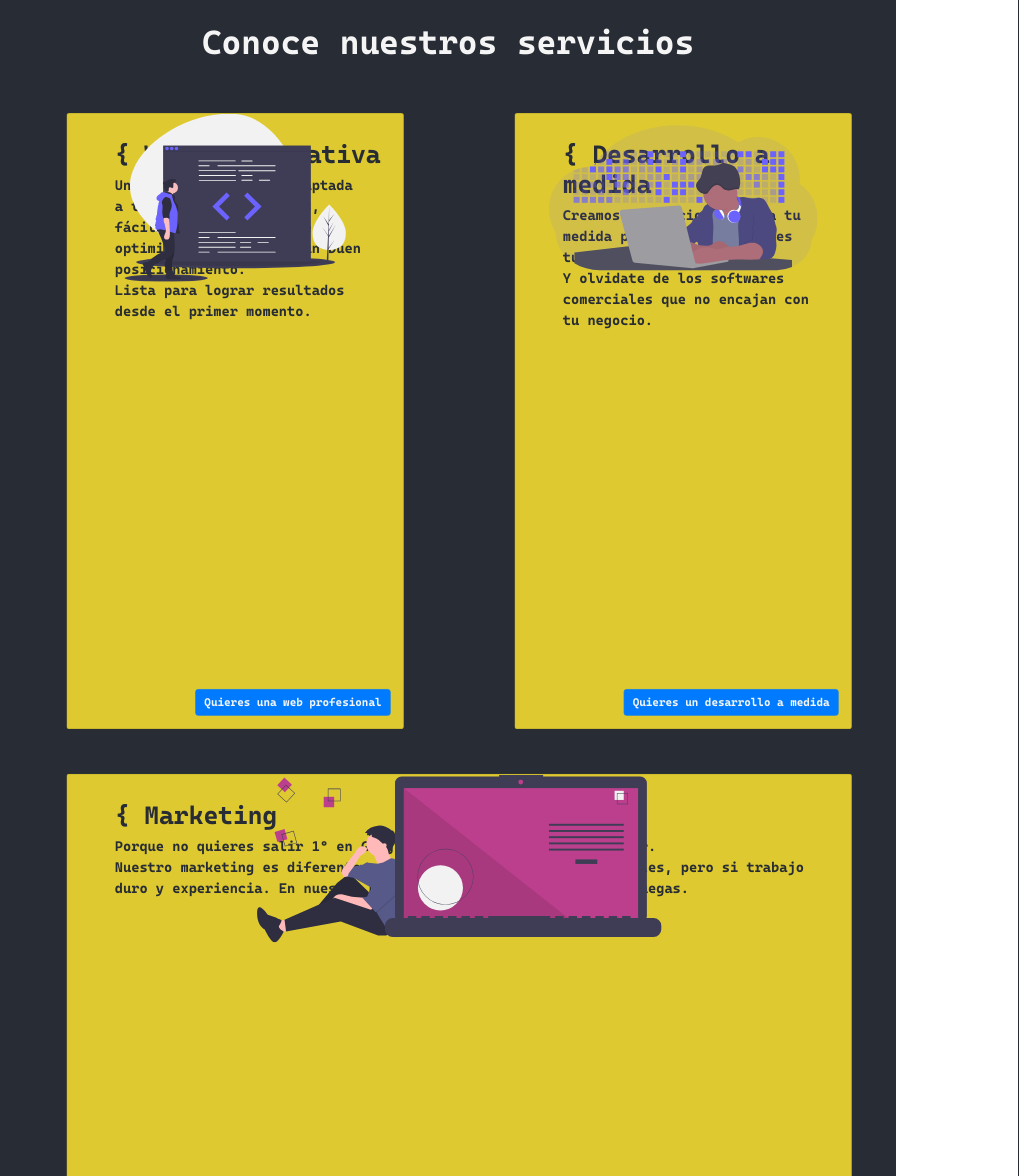
Repository: banchiec/thinkcode
Page: /
These files come from the project's save history. The page is drawn as it stood at one moment and after the next save; the edit follows.
The browser window is 1280 px wide. The page is 1455 px wide, so the pictures cover 1455 px, including what lies to the right of the window. The pictures show the part of the page from y = 799 to 2479 px (the page is 3534 px tall), at 70% of full size.
Some web libraries are served in a nearby version. The project was rebuilt for these pictures with package versions that can differ from the ones it lists, and the page was loaded fresh each time. A package was used in the major version that the imports need, not the one package.json lists. Also part of the build but not shown: src/components/MenuItems.js, src/components/Dropdownthink.css, src/components/Dropdownthink.js, src/components/pages/Consulting.js, src/components/pages/ContactUs.js, src/components/pages/Marketing.js, src/components/pages/Products.js, src/components/pages/Services.js and 1 more.

Above is the page before, as saved 2020-11-27 01:07:45.

### public/index.html
<!DOCTYPE html>
<html lang="en">
  <head>
    <meta charset="utf-8" />
    <link rel="icon" href="%PUBLIC_URL%/favicon.ico" />
    <meta name="viewport" content="width=device-width, initial-scale=1" />
    <meta name="theme-color" content="#000000" />
    <meta
      name="description"
      content="Web site created using create-react-app"
    />
    <link rel="apple-touch-icon" href="%PUBLIC_URL%/logo192.png" />
    <script src="https://kit.fontawesome.com/e7a02c1b14.js" crossorigin="anonymous"></script>
    <!--
      manifest.json provides metadata used when your web app is installed on a
      user's mobile device or desktop. See https://developers.google.com/web/fundamentals/web-app-manifest/
    -->
    <link rel="manifest" href="%PUBLIC_URL%/manifest.json" />
    <!--
      Notice the use of %PUBLIC_URL% in the tags above.
      It will be replaced with the URL of the `public` folder during the build.
      Only files inside the `public` folder can be referenced from the HTML.

      Unlike "/favicon.ico" or "favicon.ico", "%PUBLIC_URL%/favicon.ico" will
      work correctly both with client-side routing and a non-root public URL.
      Learn how to configure a non-root public URL by running `npm run build`.
    -->
    <title>React App</title>
  </head>
  <body>
    <noscript>You need to enable JavaScript to run this app.</noscript>
    <div id="root"></div>
    <!--
      This HTML file is a template.
      If you open it directly in the browser, you will see an empty page.

      You can add webfonts, meta tags, or analytics to this file.
      The build step will place the bundled scripts into the <body> tag.

      To begin the development, run `npm start` or `yarn start`.
      To create a production bundle, use `npm run build` or `yarn build`.
    -->


  </body>
</html>

### src/index.css
body {
  margin: 0;
  font-family: -apple-system, BlinkMacSystemFont, 'Segoe UI', 'Roboto', 'Oxygen',
    'Ubuntu', 'Cantarell', 'Fira Sans', 'Droid Sans', 'Helvetica Neue',
    sans-serif;
  -webkit-font-smoothing: antialiased;
  -moz-osx-font-smoothing: grayscale;
}

code {
  font-family: source-code-pro, Menlo, Monaco, Consolas, 'Courier New',
    monospace;
}
@font-face{
  font-family: 'CascadiaCode-Bold';
  src: local('CascadiaCode-Bold'), url(./fonts/CascadiaCode-Bold.ttf)
}

### src/App.js
import './App.css';
// import logo_thinkcode from './logo_thinkcode.png'
import React, {} from 'react'
import Navbarthink from './components/Navbarthink'
import {BrowserRouter as Router, Switch, Route} from 'react-router-dom'

// import Button  from 'react-bootstrap/Button'
// import 'bootstrap/dist/css/bootstrap.min.css'

// import {Navbar,Button, Nav , NavLink} from 'react-bootstrap'

import Consulting from './components/pages/Consulting'
import ContactUs from './components/pages/ContactUs'
import Home from './components/pages/Home'
import Marketing from './components/pages/Marketing'
import Products from './components/pages/Products'
import Services from './components/pages/Services'
import SignUp from './components/pages/SignUp'

function App() {

  // const [click, setClick] = useState(false)
  // const [dropdown, setDropdown] = useState(false)




  return (
    <div className="App">
      <Router>
        <Navbarthink/>
        <Switch>
          <Route path='/consulting' exact component ={Consulting}></Route>
          <Route path='/contact-us' exact component ={ContactUs}></Route>
          <Route path='/' exact component ={Home}></Route>
          <Route path='/marketing' exact component ={Marketing}></Route>
          <Route path='/products' exact component ={Products}></Route>
          <Route path='/services' exact component ={Services}></Route>
          <Route path='/sign-up' exact component ={SignUp}></Route>
        </Switch>
      </Router>

      {/* <Navbar className="navbar_thinkcode "  expand="lg">
        <Navbar.Brand href ="#home">
          <img
            alt=""
            src={logo_thinkcode}
            className="d-inline-block align-top ml-4"
            width="320"
            height="50"
          />
        </Navbar.Brand>
        <Navbar.Toggle aria-controls="responsive-navbar-nav" ></Navbar.Toggle>

        <Navbar.Collapse id="responsive-navbar-nav" className="ml-5 ">
          <Nav className="collapse navbar-collapse">
            <NavLink className="enlace_navbar ">Páginas web</NavLink>
            <NavLink className="enlace_navbar">Desarrollo a medida</NavLink>
            <NavLink className="enlace_navbar">Portafolio</NavLink>
            <NavLink className="enlace_navbar">Contacto</NavLink>
          </Nav>
        </Navbar.Collapse>
        <Button variant="success">¿Hablamos?</Button>
      </Navbar> */}

      {/* <header className="App-header">
        <h1>thinkcode</h1>
        <Button>send up</Button>
      </header> */}
    </div>
  );
}

export default App;

### src/App.css
*{
  box-sizing: border-box;
  margin: 0;
  padding: 0;
  font-family: CascadiaCode-Bold;
  /* background: #282c34 ; */
  /* background: linear-gradient(90deg, rgb(76, 80, 88) 100%, rgb(8, 8, 9) 0%); */
}

.App {
  text-align: center;
  background: #282c34 ;
}

.App-logo {
  height: 40vmin;
  pointer-events: none;
}

.home, .services, .products,.contact-us,.sign-up, .marketing, .consulting{
  display: flex;
  height: 90vh;
  align-items: center;
  justify-content: center;
  font-size: 3rem;
}





@media (prefers-reduced-motion: no-preference) {
  .App-logo {
    animation: App-logo-spin infinite 20s linear;
  }
}

.App-header {
  background-color: #282c34;
  min-height: 100vh;
  display: flex;
  flex-direction: column;
  align-items: center;
  justify-content: center;
  font-size: calc(10px + 2vmin);
  color: white;
}

.App-link {
  color: #61dafb;
}

@keyframes App-logo-spin {
  from {
    transform: rotate(0deg);
  }
  to {
    transform: rotate(360deg);
  }
}

### src/components/Navbarthink.js
import React, { useState} from 'react'
import logo_thinkcode from '../images/logo_thinkcode.png'
// import logo_thinkcode from '../images/logo_thinkcode.png'
import { Buttonthink} from './Buttonthink'
import {Link} from 'react-router-dom'
import './Navbarthink.css'
import Dropdownthink from './Dropdownthink'

export default function Navbarthink(){
    const [click, setClick] = useState(false)
    const [dropdown, setDropdown] = useState(false)

    const handleClick = () => setClick(!click)
    const closeMobileMenu = () => setClick(false)

    const onMouseEnter = () =>{
        if(window.innerWidth < 960) {
        setDropdown(false)
        } else {
        setDropdown(true)
        }
    }
    const onMouseLeave = () =>{
        if(window.innerWidth < 960) {
        setDropdown(false)
        } else {
        setDropdown(false)
        }
    }

    return(
        <>
            <nav className="navbarthink">
                <Link to='/' className="navbar-logo">
                    {/* thinkcode */}
                    <img alt="" src={logo_thinkcode} width="300" height="40"></img>
                </Link>
                <div className='menu-icon' onClick={handleClick}>
                    <i className={click ? 'fas fa-times' : 'fas fa-bars'}
                    />
                </div>
                <ul className={ click ? 'nav-menu active' : 'nav-menu'}>

                    <li className='nav-item'>
                        <Link to='/' className='nav-links' onClick={closeMobileMenu}>
                            Home
                        </Link>
                    </li>
                    <li className='nav-item'
                        onMouseEnter={onMouseEnter}
                        onMouseLeave={onMouseLeave}
                        // onClick={handleClick}
                        >
                        <Link to='/services' className='nav-links' onClick={closeMobileMenu}>
                           Services
                           <i className='fas fa-caret-down' />
                        </Link>
                        {dropdown && <Dropdownthink/>}
                    </li>
                    <li className='nav-item'>
                        <Link to='/products' className='nav-links' onClick={closeMobileMenu}>
                            Products
                        </Link>
                    </li>
                    <li className='nav-item'>
                        <Link to='/contact-us' className='nav-links' onClick={closeMobileMenu}>
                           Contact Us
                        </Link>
                    </li>
                    <li className='nav-item'>
                        <Link to='/sign-up' className='nav-links-mobile' onClick={closeMobileMenu}>
                           Sign up
                        </Link>
                    </li>

                </ul>
                <Buttonthink />
            </nav>
        </>
    )

}

### src/components/pages/Home.js
import React from 'react'
import InfoSection from '../infoSection/InfoSection'
import Pricing from '../pricing/Pricing'

export default function Home() {
    return (
        <div>
            <InfoSection></InfoSection>
            <Pricing></Pricing>
            <InfoSection></InfoSection>
           {/* <h1 className='consulting' >Thinkcode</h1> */}
        </div>
    )
}

### src/components/Buttonthink.js
import React  from 'react'
import './Buttonthink.css'
import {Link} from 'react-router-dom'

export function Buttonthink() {
        return (
            <Link to ='sing-up'>
               <button className='btnthink'>Sign think </button>
            </Link>
        )
}

### src/components/Navbarthink.css
.navbarthink{
  /* background: linear-gradient(9deg, rgb(66, 80, 88) 0%, rgb(8, 8, 9) 100%); */
  background: #282c34;

  height: 80px;
  display: flex;
  justify-content: center;
  align-items: center;
  font-size: 1.2rem;
}

.navbar-logo {
  color: #fff;
  justify-self: start;
  margin-left: 40px;
  cursor: pointer;
  text-decoration: none;
}

.fa-firstdraft {
  margin-left: 0.5rem;
  font-size: 1.6rem;
}

.nav-menu {
  display: grid;
  grid-template-columns: repeat(5, auto);
  grid-gap: 10px;
  list-style: none;
  text-align: center;
  width: 70vw;
  justify-content: end;
  margin-right: 2rem;
}

.nav-item {
  display: flex;
  align-items: center;
  height: 80px;
}

.nav-links {
  color: white;
  text-decoration: none;
  padding: 0.5rem 1rem;
}

.nav-links:hover {
  background-color: #1888ff;
  border-radius: 4px;
  transition: all 0.2s ease-out;
}

.fa-bars {
  color: #fff;
}

.nav-links-mobile {
  display: none;
}

.menu-icon {
  display: none;
}

@media screen and (max-width: 960px) {
  /* .text-propuesta {
    margin-top: 12rem;
  }
 */
  .fa-caret-down {
    display: none;
  }
  .NavbarItems {
    position: relative;
  }

  .nav-menu {
    display: flex;
    flex-direction: column;
    width: 100%;
    height: 90vh;
    position: absolute;
    top: 80px;
    left: -100%;
    opacity: 1;
    transition: all 0.9s ease;
  }

  .nav-menu.active {
    background: #2a2c30;
    left: 0;
    opacity: 1;
    transition: all 0.5s ease;
    z-index: 1;
  }

  .nav-links {
    text-align: center;
    padding: 2rem;
    width: 100%;
    display: table;
  }

  .nav-links:hover {
    background-color: #1888ff;
    border-radius: 0;
  }

  .navbar-logo {
    position: absolute;
    top: 0;
    left: 0;
    transform: translate(25%, 50%);
  }

  .menu-icon {
    display: block;
    position: absolute;
    top: 0;
    right: 0;
    transform: translate(-100%, 60%);
    font-size: 1.8rem;
    cursor: pointer;
  }

  .fa-times {
    color: #fff;
    font-size: 2rem;
  }

  .nav-links-mobile {
    display: block;
    text-align: center;
    padding: 1.5rem;
    margin: 2rem auto;
    border-radius: 4px;
    width: 80%;
    background: #1888ff;
    text-decoration: none;
    color: #fff;
    font-size: 1.5rem;
  }

  .nav-links-mobile:hover {
    background: #fff;
    color: #1888ff;
    transition: 250ms;
  }

  button {
    display: none;
  }
}

### src/components/infoSection/InfoSection.js
import React from 'react'
import imagensvg3 from '../../images/imagensvg3.svg'
import 'bootstrap/dist/css/bootstrap.min.css'
import './infoSection.css'
import {Col, Container,Row,} from 'react-bootstrap'

export default function InfoSection() {
    return (
            <Container fluid  className="content-infoSection">
                <Row>
                    <Col  md={6} lg={6} >
                        <div className="content-text-infoSection">
                            <h2 >thinkcode.<span className="text-title-infoSection">developers</span></h2>
                            <p className="text-infoSection">Diseño y desarrollo de aplicaciones y páginas web para tu negocio o proyecto.
                            Disfrutamos mucho con lo que hacemos, compruébalo.</p>
                        </div>
                    </Col>
                    <Col  md={6} lg={6}  >
                        <img  className="imagensvg-infoSection" alt="" src={imagensvg3}></img>
                    </Col>

                    </Row>

            </Container >
    )
}

### src/components/pricing/Pricing.js

import React from 'react'
import './Pricing.css'
import imagensvg1 from '../../images/imagensvg1.svg'
import imagensvg4 from '../../images/imagensvg4.svg'
import imagen_code_thinking from '../../images/image_code_thinking.svg'
import 'bootstrap/dist/css/bootstrap.min.css'
import {Card, Container, Button, Row, Col} from 'react-bootstrap'

export default function Pricing() {
    return (
        <Container fluid className ="container-pricing">
            <h1 className="text-propuesta">Conoce nuestros servicios</h1>
            <Row>
                <Col  className="container-card">

                    <Card  className="card-pricing" >
                        <Card.Img className="image-pricing" variant ="top" src={imagensvg1}></Card.Img>
                        <Card.Body>
                            <h2 className="title-card">&#123;  Web coorporativa</h2>
                            <p className="text-card">
                                Una web profesional, adaptada a todos los dispositivos, fácilmente administrable y optimizada para lograr un buen posicionamiento.
                                <br/>Lista para lograr resultados desde el primer momento.
                            </p>
                            <Button  className="card-button" variant="primary">Quieres una web profesional</Button>
                        </Card.Body>
                    </Card>
                </Col>
                <Col  className="container-card">

                    <Card className="card-pricing">
                        <Card.Img className="image-pricing"variant ="top" src={imagensvg4}></Card.Img>
                    <Card.Body>
                        <h2 className="title-card">&#123;  Desarrollo a medida</h2>
                        <p className="text-card">
                            Creamos aplicaciones web a tu medida para que multipliques tu productividad.<br/>
                            Y olvidate de los softwares comerciales que no encajan con tu negocio.
                        </p>
                        <Button className="card-button" variant="primary">Quieres un desarrollo a medida</Button>
                    </Card.Body>
                    </Card>
                </Col>
                <Col className="container-card">
                    <Card  className="card-pricing" >
                        <Card.Img className="image-pricing" variant ="top" src={imagen_code_thinking}></Card.Img>
                    <Card.Body>
                        <h2 className="title-card">&#123; Marketing</h2>
                        <p className="text-card">
                            Porque no quieres salir 1º en Google, tu lo que quieres es vender. <br/>

                            Nuestro marketing es diferente, no prometemos resultados imposibles, pero si
                            trabajo duro y experiencia. En nuestro método de marketing, tú tambien juegas.                        </p>
                        <Button  className="card-button" variant="primary">Quieres que te asesoremos</Button>
                    </Card.Body>
                    </Card>
                </Col>
            </Row>

        </Container>
    )
}

### src/components/Buttonthink.css
:root{
    --primary: #1888ff;
}
.btnthink{
    padding: 8px 20px;
    border-radius: 4px;
    outline: none;
    border: none;
    font-size: 18px;
    color: #fff;
    cursor: pointer;
    background-color: var(--primary);
}
.btnthink:hover {
    padding: 6px 18px;
    transition: all 1.5s ease-out;
    background-color: transparent;
    color: #2a2a2a;
    border-radius: 4px;
    border: 2px solid var(--primary)
}

### src/components/infoSection/infoSection.css
.imagensvg-infoSection {
    padding: 0;
    /* border-right: 5px; */
    width: 800px;

}
.content-infoSection {
    /* padding: 0; */
    margin-top: 150px;
    background: #282c34 ;
    height: 600px;
    /* border: 1px solid rebeccapurple; */
}
.content-text-infoSection {
    margin-left: 12rem;
    margin-top: 8rem;
    text-align: start;
    /* border: 0; */
    /* padding: 0; */
    /* border: 1px solid whitesmoke; */
    color: whitesmoke;
}
.text-title-infoSection{
    font-size: 3rem;
    /* size: 12px; */
}
.text-infoSection {
    font-size: 22px;
}
@media screen and (max-width: 960px) {
    .content-infoSection {
        margin-top: 0px;
    }
    .text-infoSection{
        margin-top: 3rem;
        margin-left: 1rem;
        margin-right: 1rem;
    }
    .imagensvg-infoSection{
        margin-top: 5rem;
        width: 500px;
    }
    .content-text-infoSection {
        margin-left: 1rem;
    }
    .text-propuesta {
        margin-top: 15rem;
    }

}

### src/components/pricing/Pricing.css
.container-pricing {
    /* background-color: whitesmoke; */
    /* border: 1px solid white; */
    /* height:  800px; */
    background: linear-gradient(90deg, rgb(76, 80, 88) 100%, rgb(66, 66 66) 0%);
    /* z-index: -1; */
}
.container-card{
    padding-top: 4rem;
    align-content: center;
    padding: auto;
    text-align: start;
    /* height: 600px; */
    /* background-color: violet; */
    /* color: transparent; */
}
.card-pricing {
    /* width: 34rem; */
    margin-left: 5rem;
    background: #deca30;
    /* background: #3b4454; */
    /* background: linear-gradient(90deg, rgb(224, 242, 241) 0%, rgb(255, 255, 255) 100%); */
    margin-right: 3rem;
    height: 55rem;
}
.card-button {
    /* margin-top: 3rem; */
    /* margin-left: 13rem; */
    position: absolute;
    right: 18px;
    bottom: 18px;
    color: whitesmoke;
}
.text-card {
    /* padding-top: 1.5rem; */
    padding-left: 3rem;
    padding-right: 2.5rem;
    color: #282c34;
    font-size: 20px;
}
.image-pricing {
    height: 15rem;
    width: 80%;
    align-self: center;
    position: absolute;
}
.title-card {
    padding-top: 1rem;
    padding-left: 3rem;
    color: #282c34;
    font-size: 36px;
}
.text-propuesta {
    color: whitesmoke;
    font-size: 3rem;
}

Loaded but not shown: src/index.js (common file); src/reportWebVitals.js (common file)

After the next save:
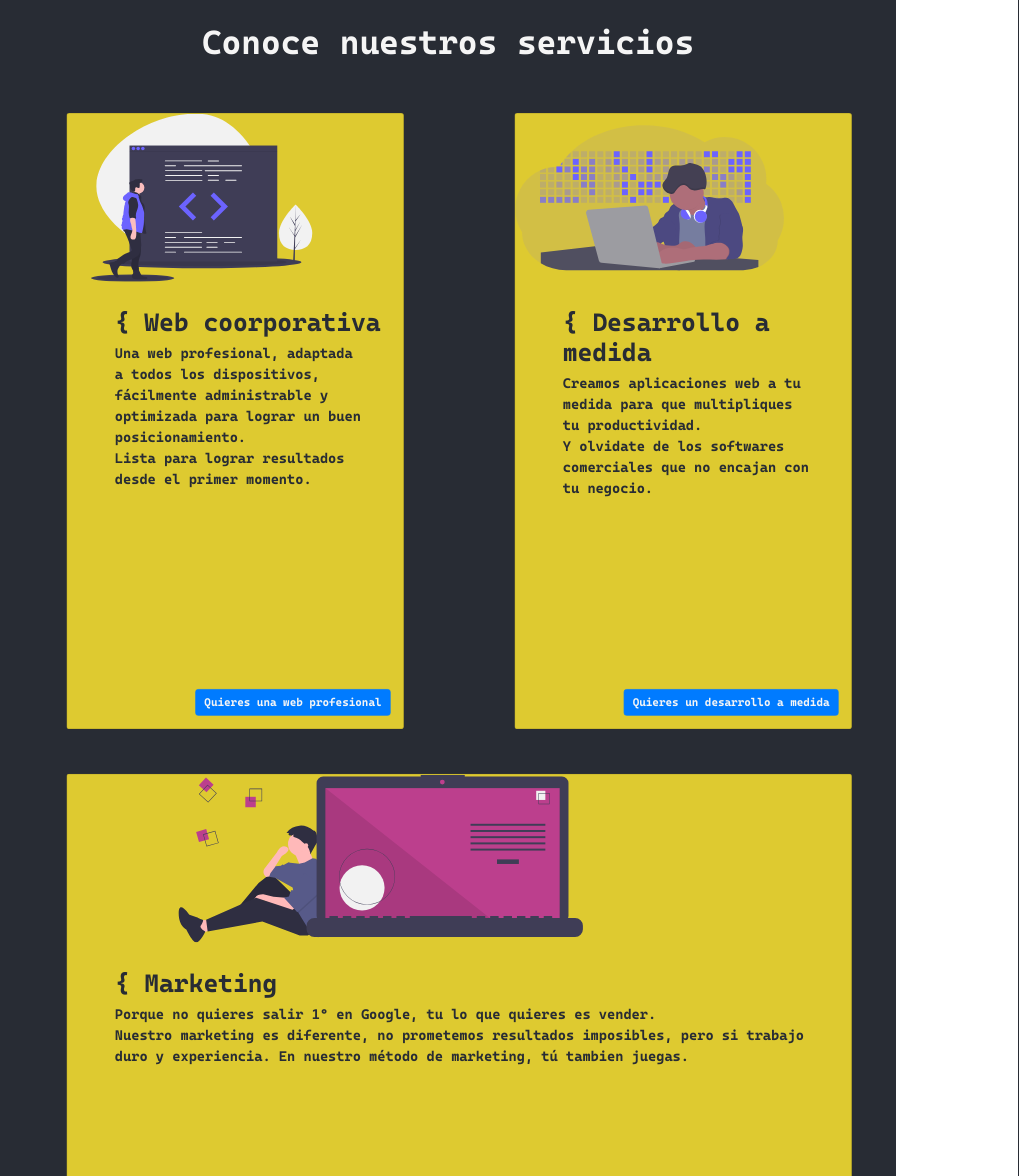
Saved 8 s later.
--- a/src/components/pricing/Pricing.css
+++ b/src/components/pricing/Pricing.css
@@ -41,8 +41,6 @@
 .image-pricing {
     height: 15rem;
     width: 80%;
-    align-self: center;
-    position: absolute;
 }
 .title-card {
     padding-top: 1rem;
